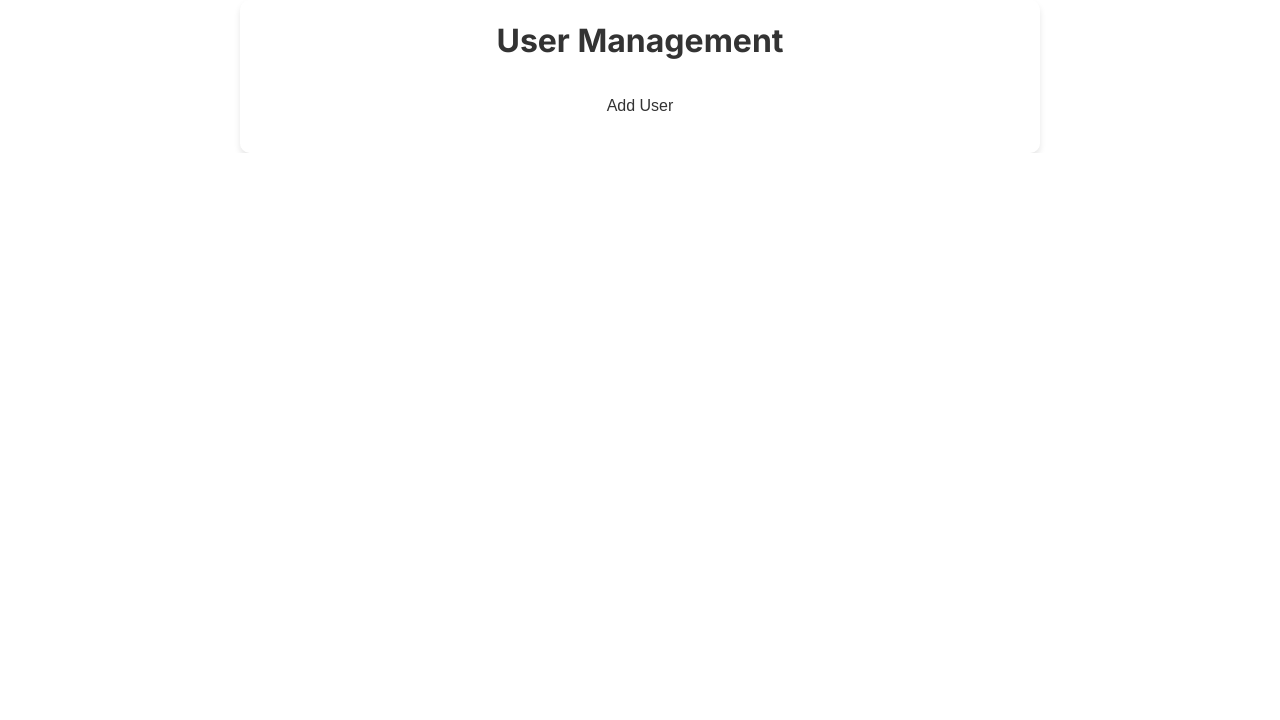
Repository: EeeeeEyyyy/crud-proj
Page: /
These files come from the project's save history. The page is drawn as it stood at one moment and after the next save; the edit follows.
The browser window is 1280 px wide. The pictures show the whole page.
The page's requests for data from a server got no answer. The project was rebuilt for these pictures with package versions that can differ from the ones it lists, and the page was loaded fresh each time. The framework's server and built-in components were replaced by stand-ins that run in the browser. No one was signed in, and anything a server would have sent is missing. Also part of the build but not shown: next.config.mjs.

Above is the page before, as saved 2024-06-24 14:57:18.

### src/app/page.js
"use client";

import React, { useEffect, useState } from 'react';
import axios from 'axios';

const Page = () => {
  const [users, setUsers] = useState([]);
  const [isCreateModalOpen, setCreateModalOpen] = useState(false);
  const [isUpdateModalOpen, setUpdateModalOpen] = useState(false);
  const [isDeleteModalOpen, setDeleteModalOpen] = useState(false);
  const [selectedUser, setSelectedUser] = useState(null);
  const [newUser, setNewUser] = useState({ name: '', email: '' });

  useEffect(() => {
    fetchUsers();
  }, []);

  const fetchUsers = async () => {
    try {
      const response = await axios.get('https://jsonplaceholder.typicode.com/users');
      setUsers(response.data);
    } catch (error) {
      console.error('Error fetching users:', error);
    }
  };

  const addUser = async () => {
    try {
      const response = await axios.post('https://jsonplaceholder.typicode.com/users', newUser);
      setUsers([...users, response.data]);
      setCreateModalOpen(false);
    } catch (error) {
      console.error('Error adding user:', error);
    }
  };

  const updateUser = async (id) => {
    try {
      const response = await axios.put(`https://jsonplaceholder.typicode.com/users/${id}`, selectedUser);
      setUsers(users.map((user) => (user.id === id ? response.data : user)));
      setUpdateModalOpen(false);
    } catch (error) {
      console.error('Error updating user:', error);
    }
  };

  const deleteUser = async (id) => {
    try {
      await axios.delete(`https://jsonplaceholder.typicode.com/users/${id}`);
      setUsers(users.filter((user) => user.id !== id));
      setDeleteModalOpen(false);
    } catch (error) {
      console.error('Error deleting user:', error);
    }
  };

  const openCreateModal = () => {
    setNewUser({ name: '', email: '' });
    setCreateModalOpen(true);
  };

  const closeCreateModal = () => {
    setCreateModalOpen(false);
  };

  const openUpdateModal = (user) => {
    setSelectedUser(user);
    setUpdateModalOpen(true);
  };

  const closeUpdateModal = () => {
    setSelectedUser(null);
    setUpdateModalOpen(false);
  };

  const openDeleteModal = (user) => {
    setSelectedUser(user);
    setDeleteModalOpen(true);
  };

  const closeDeleteModal = () => {
    setSelectedUser(null);
    setDeleteModalOpen(false);
  };

  return (
    <div className="container">
      <h1>User Management</h1>
      <button onClick={openCreateModal} className="glassButton">Add User</button>
      <ul>
        {users.map((user) => (
          <li key={user.id}>
            {user.name} - {user.email}
            <button onClick={() => openUpdateModal(user)} className="glassButton">Update</button>
            <button onClick={() => openDeleteModal(user)} className="glassButton">Delete</button>
          </li>
        ))}
      </ul>

      {isCreateModalOpen && (
        <div className="modalOverlay">
          <div className="modal">
            <h2>Add User</h2>
            <input
              type="text"
              placeholder="Name"
              value={newUser.name}
              onChange={(e) => setNewUser({ ...newUser, name: e.target.value })}
            />
            <input
              type="email"
              placeholder="Email"
              value={newUser.email}
              onChange={(e) => setNewUser({ ...newUser, email: e.target.value })}
            />
            <button onClick={addUser} className="glassButton">Add</button>
            <button onClick={closeCreateModal} className="closeButton">Close</button>
          </div>
        </div>
      )}

      {isUpdateModalOpen && selectedUser && (
        <div className="modalOverlay">
          <div className="modal">
            <h2>Update User</h2>
            <input
              type="text"
              placeholder="Name"
              value={selectedUser.name}
              onChange={(e) => setSelectedUser({ ...selectedUser, name: e.target.value })}
            />
            <input
              type="email"
              placeholder="Email"
              value={selectedUser.email}
              onChange={(e) => setSelectedUser({ ...selectedUser, email: e.target.value })}
            />
            <button onClick={() => updateUser(selectedUser.id)} className="glassButton">Update</button>
            <button onClick={closeUpdateModal} className="closeButton">Close</button>
          </div>
        </div>
      )}

      {isDeleteModalOpen && selectedUser && (
        <div className="modalOverlay">
          <div className="modal">
            <h2>Are you sure you want to delete {selectedUser.name}?</h2>
            <button onClick={() => deleteUser(selectedUser.id)} className="glassButton">Yes</button>
            <button onClick={closeDeleteModal} className="closeButton">No</button>
          </div>
        </div>
      )}
    </div>
  );
};

export default Page;

### src/app/globals.css
* {
  box-sizing: border-box;
  padding: 0;
  margin: 0;
}
html,
body {
  max-width: 100vw;
  overflow-x: hidden;
   background: white;
}
a {
  color: inherit;
  text-decoration: none;
}

@media (prefers-color-scheme: dark) {
  html {
    color-scheme: dark;
  }
}
.main {
  display: flex;
  flex-direction: column;
  justify-content: space-between;
  align-items: center;
  padding: 6rem;
  min-height: 100vh;
}

.description {
  display: inherit;
  justify-content: inherit;
  align-items: inherit;
  font-size: 0.85rem;
  max-width: var(--max-width);
  width: 100%;
  z-index: 2;
  font-family: var(--font-mono);
}

.description a {
  display: flex;
  justify-content: center;
  align-items: center;
  gap: 0.5rem;
}

.description p {
  position: relative;
  margin: 0;
  padding: 1rem;
  background-color: rgba(var(--callout-rgb), 0.5);
  border: 1px solid rgba(var(--callout-border-rgb), 0.3);
  border-radius: var(--border-radius);
}

.code {
  font-weight: 700;
  font-family: var(--font-mono);
}

.grid {
  display: grid;
  grid-template-columns: repeat(4, minmax(25%, auto));
  max-width: 100%;
  width: var(--max-width);
}

.card {
  padding: 1rem 1.2rem;
  border-radius: var(--border-radius);
  background: rgba(var(--card-rgb), 0);
  border: 1px solid rgba(var(--card-border-rgb), 0);
  transition: background 200ms, border 200ms;
}

.card span {
  display: inline-block;
  transition: transform 200ms;
}

.card h2 {
  font-weight: 600;
  margin-bottom: 0.7rem;
}

.card p {
  margin: 0;
  opacity: 0.6;
  font-size: 0.9rem;
  line-height: 1.5;
  max-width: 30ch;
  text-wrap: balance;
}

.center {
  display: flex;
  justify-content: center;
  align-items: center;
  position: relative;
  padding: 4rem 0;
}

.center::before {
  background: var(--secondary-glow);
  border-radius: 50%;
  width: 480px;
  height: 360px;
  margin-left: -400px;
}

.center::after {
  background: var(--primary-glow);
  width: 240px;
  height: 180px;
  z-index: -1;
}

.center::before,
.center::after {
  content: "";
  left: 50%;
  position: absolute;
  filter: blur(45px);
  transform: translateZ(0);
}

.logo {
  position: relative;
}
/* Enable hover only on non-touch devices */
@media (hover: hover) and (pointer: fine) {
  .card:hover {
    background: rgba(var(--card-rgb), 0.1);
    border: 1px solid rgba(var(--card-border-rgb), 0.15);
  }

  .card:hover span {
    transform: translateX(4px);
  }
}

@media (prefers-reduced-motion) {
  .card:hover span {
    transform: none;
  }
}

/* Mobile */
@media (max-width: 700px) {
  .content {
    padding: 4rem;
  }

  .grid {
    grid-template-columns: 1fr;
    margin-bottom: 120px;
    max-width: 320px;
    text-align: center;
  }

  .card {
    padding: 1rem 2.5rem;
  }

  .card h2 {
    margin-bottom: 0.5rem;
  }

  .center {
    padding: 8rem 0 6rem;
  }

  .center::before {
    transform: none;
    height: 300px;
  }

  .description {
    font-size: 0.8rem;
  }

  .description a {
    padding: 1rem;
  }

  .description p,
  .description div {
    display: flex;
    justify-content: center;
    position: fixed;
    width: 100%;
  }

  .description p {
    align-items: center;
    inset: 0 0 auto;
    padding: 2rem 1rem 1.4rem;
    border-radius: 0;
    border: none;
    border-bottom: 1px solid rgba(var(--callout-border-rgb), 0.25);
    background: linear-gradient(
      to bottom,
      rgba(var(--background-start-rgb), 1),
      rgba(var(--callout-rgb), 0.5)
    );
    background-clip: padding-box;
    backdrop-filter: blur(24px);
  }

  .description div {
    align-items: flex-end;
    pointer-events: none;
    inset: auto 0 0;
    padding: 2rem;
    height: 200px;
    background: linear-gradient(
      to bottom,
      transparent 0%,
      rgb(var(--background-end-rgb)) 40%
    );
    z-index: 1;
  }
}

/* Tablet and Smaller Desktop */
@media (min-width: 701px) and (max-width: 1120px) {
  .grid {
    grid-template-columns: repeat(2, 50%);
  }
}

@media (prefers-color-scheme: dark) {
  .vercelLogo {
    filter: invert(1);
  }

  .logo {
    filter: invert(1) drop-shadow(0 0 0.3rem #ffffff70);
  }
}

@keyframes rotate {
  from {
    transform: rotate(360deg);
  }
  to {
    transform: rotate(0deg);
  }
}
.container {
  max-width: 1000px;
  margin: 50px auto;
  padding: 20px;
  background: rgba(0, 123, 255, 0.2);
  border: 1px solid rgba(0, 123, 255, 0.18);
  border-radius: 10px;
  backdrop-filter: blur(10px);
  box-shadow: 0 4px 6px rgba(0, 0, 0, 0.1);
  text-align: center;
}

h1 {
  font-size: 2em;
  margin-bottom: 20px;
  color: #333;
}

/* Glass Button Styles */
.glassButton {
  background: rgba(255, 255, 255, 0.2);
  border: none;
  padding: 12px 24px;
  font-size: 16px;
  color: #333;
  cursor: pointer;
  outline: none;
  transition: background-color 0.3s ease, transform 0.3s ease;
  backdrop-filter: blur(5px);
  border-radius: 8px;
  margin: 5px;
}

.glassButton:hover {
  background: rgba(255, 255, 255, 0.3);
  transform: scale(1.05);
}

/* Modal Styles */
.modalOverlay {
  position: fixed;
  top: 0;
  left: 0;
  right: 0;
  bottom: 0;
  background-color: rgba(0, 0, 0, 0.5);
  display: flex;
  justify-content: center;
  align-items: center;
  z-index: 1000;
}

.modal {
  background: rgba(255, 255, 255, 0.8);
  padding: 20px;
  border-radius: 8px;
  width: 400px;
  max-width: 90%;
  box-shadow: 0 4px 6px rgba(0, 0, 0, 0.1);
  backdrop-filter: blur(10px);
  position: relative;
}

.closeButton {
  background: rgba(255, 255, 255, 0.5);
  padding: 8px;
  border-radius: 50%;
  border: none;
  font-size: 20px;
  cursor: pointer;
  position: absolute;
  top: 10px;
  right: 10px;
  transition: background-color 0.3s ease;
}

.closeButton:hover {
  background: rgba(255, 255, 255, 0.8);
}

/* List Styles */
ul {
  list-style-type: none;
  padding: 0;
}

li {
  display: flex;
  justify-content: space-between;
  align-items: center;
  padding: 10px;
  border-bottom: 1px solid rgba(0, 0, 0, 0.1);
  color: #333;
}

/* Input Styles */
input {
  display: block;
  width: calc(100% - 20px);
  margin: 10px 0;
  padding: 10px;
  border: 1px solid rgba(0, 0, 0, 0.1);
  border-radius: 4px;
  font-size: 16px;
}
.container { max-width: 800px; margin: 0 auto; padding: 20px; background: rgba(255, 255, 255, 0.2); border: 1px solid rgba(255, 255, 255, 0.18); border-radius: 10px; backdrop-filter: blur(10px); box-shadow: 0 4px 6px rgba(0, 0, 0, 0.1); text-align: center; }
h1 { font-size: 2em; margin-bottom: 20px; color: #333; }
.glassButton { background: rgba(255, 255, 255, 0.2); border: none; padding: 12px 24px; font-size: 16px; color: #333; cursor: pointer; outline: none; transition: background-color 0.3s ease, transform 0.3s ease; backdrop-filter: blur(5px); border-radius: 8px; margin: 5px; }
.glassButton:hover { background: rgba(255, 255, 255, 0.3); transform: scale(1.05); }
.modalOverlay { position: fixed; top: 0; left: 0; right: 0; bottom: 0; background-color: rgba(0, 0, 0, 0.5); display: flex; justify-content: center; align-items: center; z-index: 1000; }
.modal { background: rgba(255, 255, 255, 0.8); padding: 20px; border-radius: 8px; width: 400px; max-width: 90%; box-shadow: 0 4px 6px rgba(0, 0, 0, 0.1); backdrop-filter: blur(10px); position: relative; }
.closeButton { background: rgba(255, 255, 255, 0.5); padding: 8px; border-radius: 50%; border: none; font-size: 20px; cursor: pointer; position: absolute; top: 10px; right: 10px; transition: background-color 0.3s ease; }
.closeButton:hover { background: rgba(255, 255, 255, 0.8); }
ul { list-style-type: none; padding: 0; }
li { display: flex; justify-content: space-between; align-items: center; padding: 10px; border-bottom: 1px solid rgba(0, 0, 0, 0.1); color: #333; }
input { display: block; width: calc(100% - 20px); margin: 10px 0; padding: 10px; border: 1px solid rgba(0, 0, 0, 0.1); border-radius: 4px; font-size: 16px; }

Loaded but not shown: src/app/layout.js (common file)

After the next save:
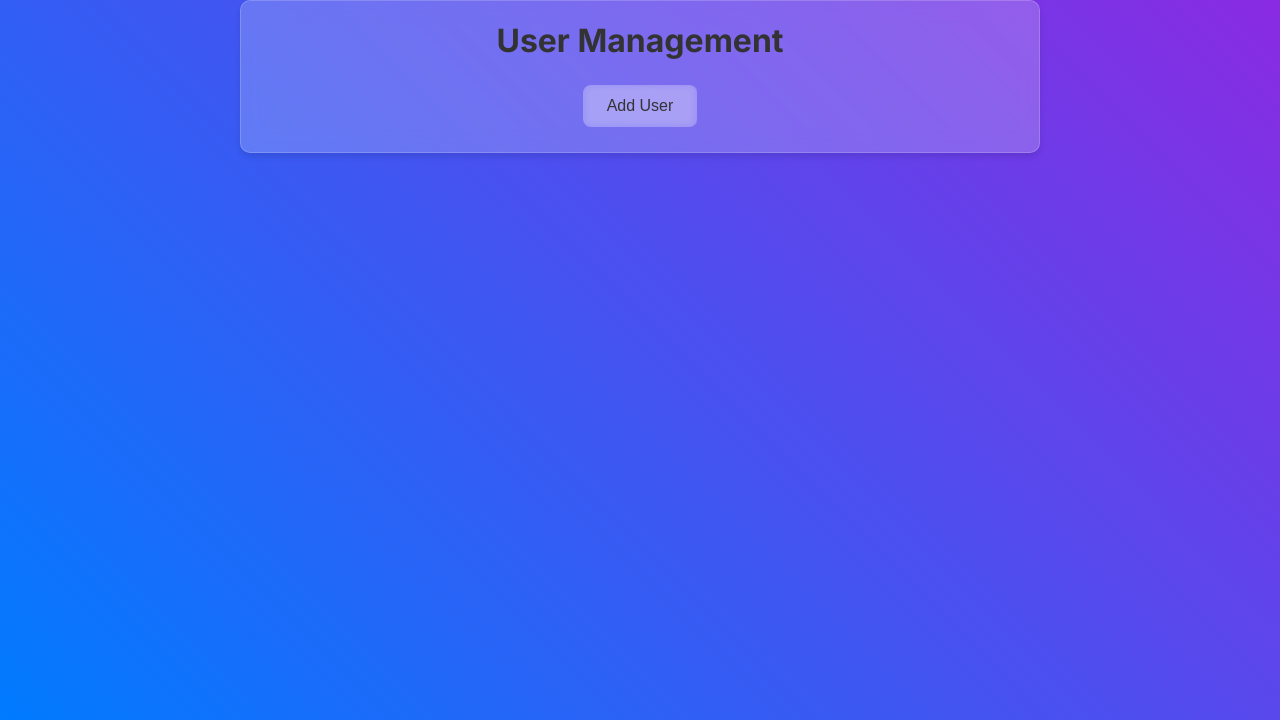
Saved 69 s later.
--- a/src/app/globals.css
+++ b/src/app/globals.css
@@ -7,7 +7,11 @@ html,
 body {
   max-width: 100vw;
   overflow-x: hidden;
-   background: white;
+  background: linear-gradient(45deg, rgb(0, 123, 255), rgb(138, 43, 226)); /* Blue to Violet */
+  height: 100%;
+  margin: 0;
+  padding: 0;
+  font-family: Arial, sans-serif;
 }
 a {
   color: inherit;
